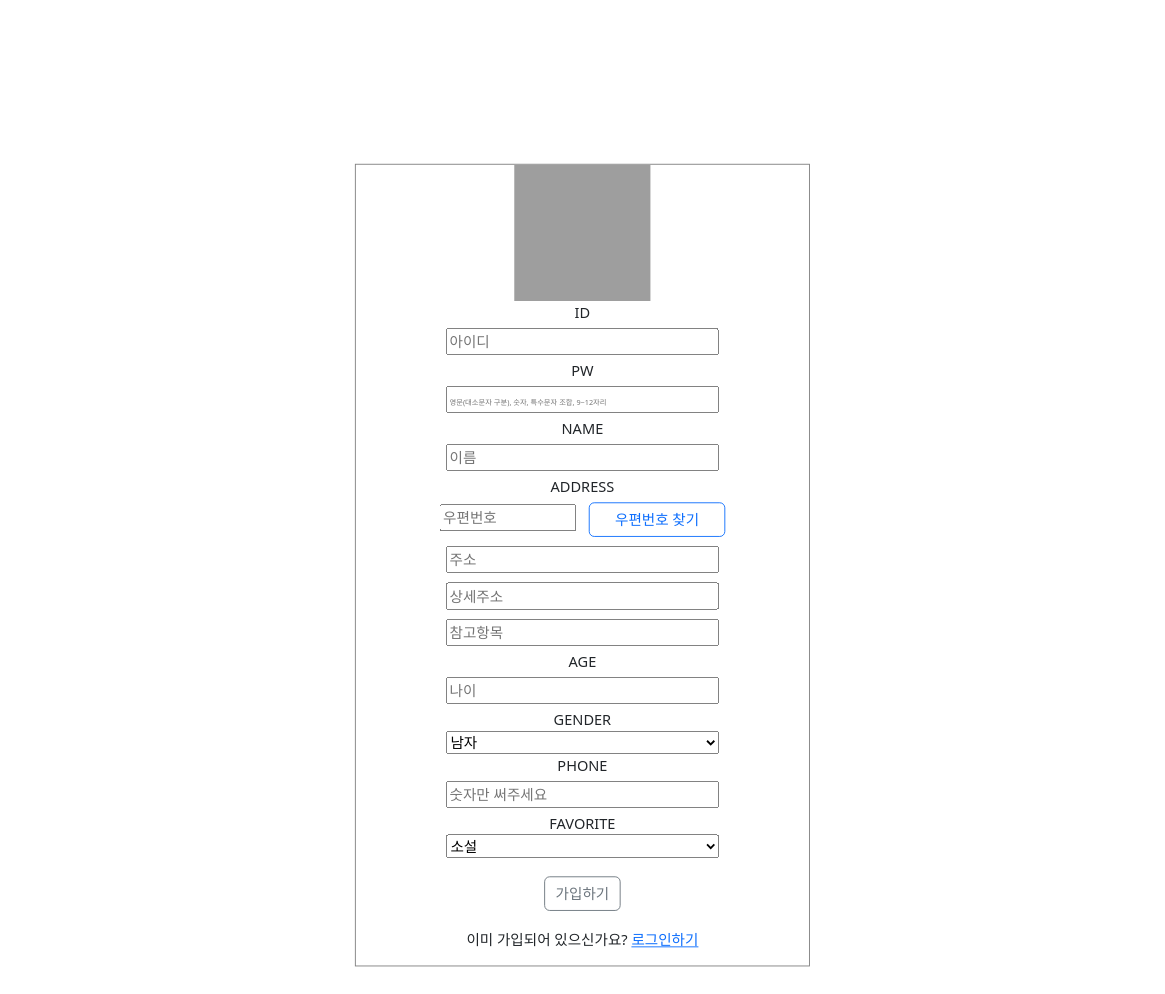
Repository: bongbongi/book1
Page: http://localhost/book/WEB-INF/views/member/memberJoin.jsp
An editor plug-in stored every save of this project. The page is shown before and after the next save, followed by the edit.
The browser window is 1280 px wide. The pictures show the whole page, at 91% of full size.
Pictures or frames that could not be fetched are drawn as grey boxes. Some web libraries are served in a nearby version. The page is served by Tomcat 9. Nobody is signed in. The template is opened directly, without the code that normally fills it, so the values that code supplies are empty.

Above is the page before, as saved 2023-01-14 14:24:44.

After the next save:
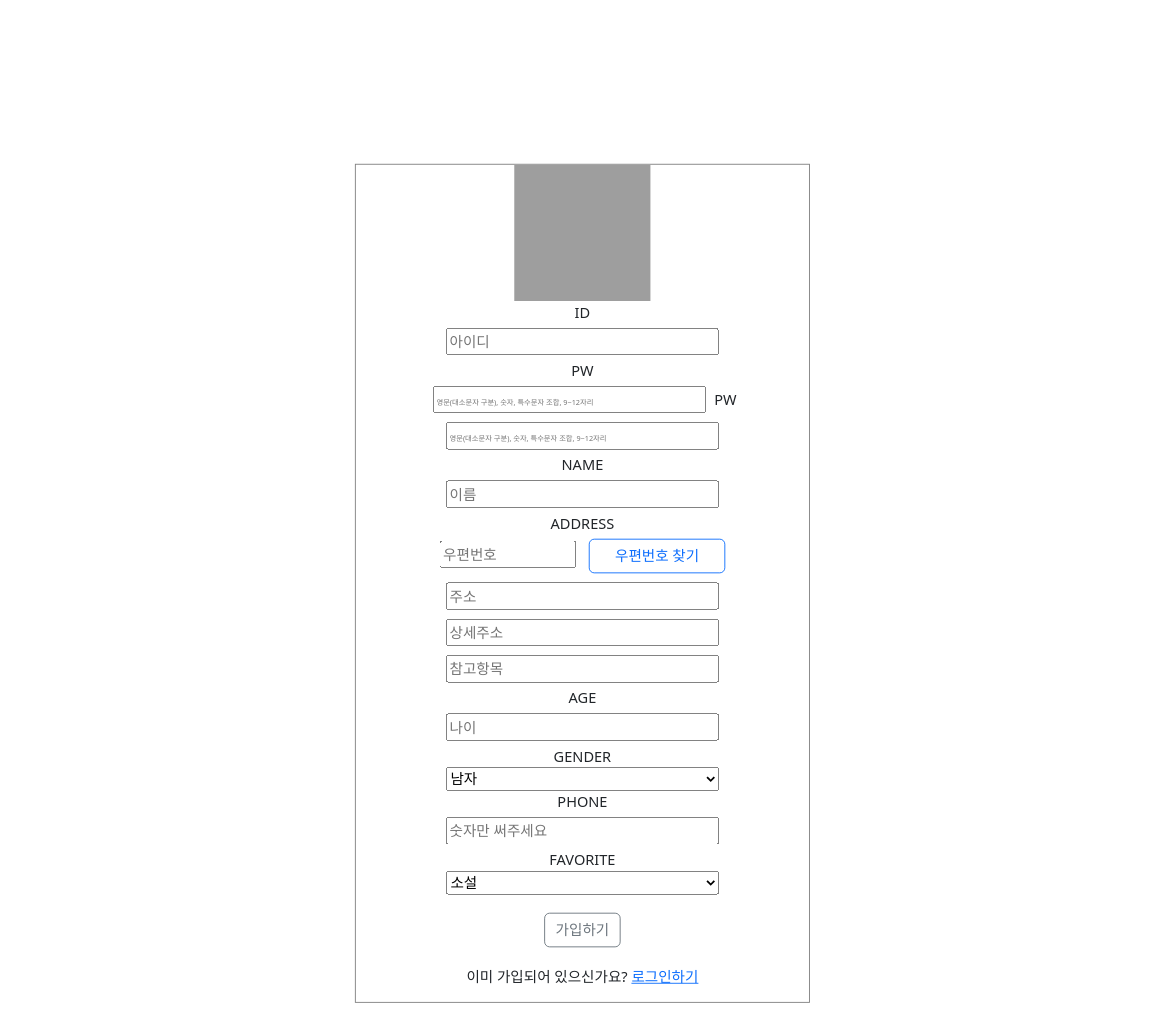
Saved 53 min 15 s later.
--- a/book/src/main/webapp/WEB-INF/views/member/memberJoin.jsp
+++ b/book/src/main/webapp/WEB-INF/views/member/memberJoin.jsp
@@ -29,6 +29,9 @@ crossorigin="anonymous">
                    <span class="id_duplicate"><i class="fa-solid fa-x"></i></span>
                    <span class="id_null"><i class="fa-solid fa-x"></i></span>
                    <Br>
+                <lable for="mem_pw">PW</lable><br>
+                <input type="password" class="join-input" name="mem_pw" id="mem_pw"
+                    placeholder="영문(대소문자 구분), 숫자, 특수문자 조합, 9~12자리" onchange="checkPw()" required><brk>
                 <lable for="mem_pw">PW</lable><br>
                 <input type="password" class="join-input" name="mem_pw" id="mem_pw"
                     placeholder="영문(대소문자 구분), 숫자, 특수문자 조합, 9~12자리" onchange="checkPw()" required>
